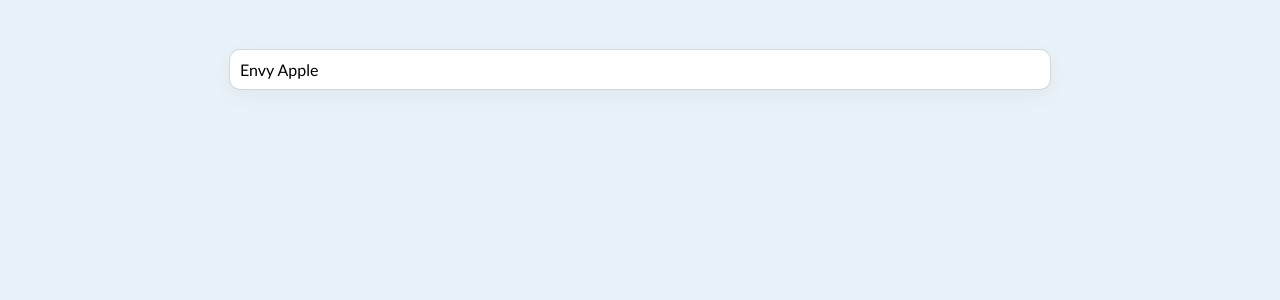
Repository: mosesvk/_todo
Page: / (app in client/)
The author's editor kept a copy of each file at every save. The page is drawn from the files as they stood at one save, then again after the next save.
The browser window is 1280 px wide. The pictures show the whole page.
The project was rebuilt for these pictures with package versions that can differ from the ones it lists, and the page was loaded fresh each time. Also part of the build but not shown: client/vite.config.js.

Above is the page before, as saved 2023-05-01 08:18:50.

### client/src/App.jsx
import ListHeader from './components/ListHeader'

const App = () => {

  return (
    <div className='app'>
      <ListHeader listName='Envy Apple' />
    </div>
  )
}

export default App

### client/src/index.css
body {
    margin: 0;
    padding: 0;
    background-color: rgb(233, 241, 249);
    display: flex;
    justify-content: center;
    font-family: 'Trebuchet MS', Arial, sans-serif
}

.app {
    background-color: rgb(255, 255, 255);
    box-shadow: rgba(0, 0, 0, 0.05) 0 6px 24px, rgba(0, 0, 0, 0.08) 0 0 0 1px;
    border-radius: 10px;
    padding: 10px;
    width: 800px;
    margin: 50px;
}

### client/src/components/ListHeader.jsx
import React from 'react'

const ListHeader = ({listName}) => {
  return (
    <div>{listName}</div>
  )
}

export default ListHeader

Loaded but not shown: client/index.html (common file); client/src/main.jsx (common file)

After the next save:
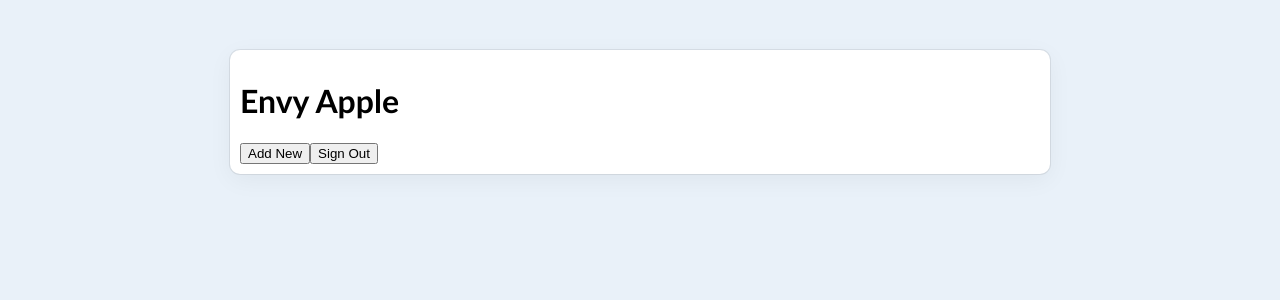
Saved 2 min 34 s later.
--- a/client/src/components/ListHeader.jsx
+++ b/client/src/components/ListHeader.jsx
@@ -1,8 +1,19 @@
 import React from 'react'
 
 const ListHeader = ({listName}) => {
+
+  const signOut = () => {
+    console.log('signout')
+  }
+
   return (
-    <div>{listName}</div>
+    <div>
+      <h1>{listName}</h1>
+      <div className="button-container">
+        <button className="create">Add New</button>
+        <button className="signout" onClick={signOut}>Sign Out</button>
+      </div>
+    </div>
   )
 }
 
